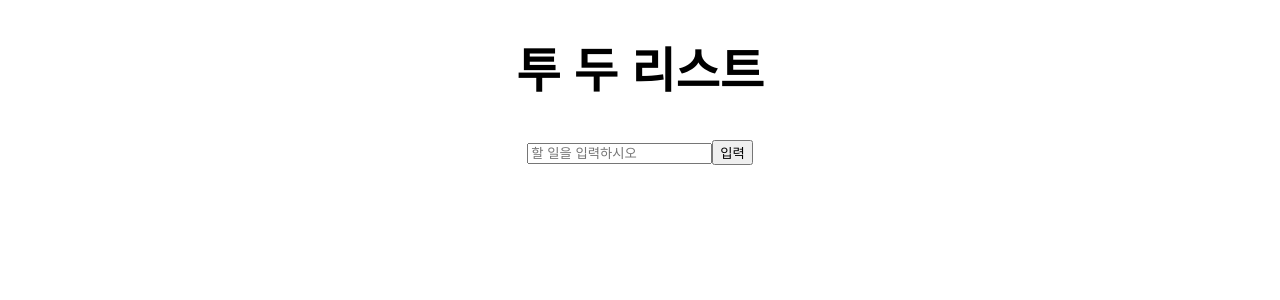
Repository: jun01270/Todo-List_React
Page: /
These files come from the project's save history. The page is drawn as it stood at one moment and after the next save; the edit follows.
The browser window is 1280 px wide. The pictures show the whole page.
The project was rebuilt for these pictures with package versions that can differ from the ones it lists, and the page was loaded fresh each time.

Above is the page before, as saved 2023-01-02 17:20:19.

### public/index.html
<!DOCTYPE html>
<html lang="en">
  <head>
    <meta charset="utf-8" />
    <link rel="preconnect" href="https://fonts.googleapis.com" />
    <link rel="preconnect" href="https://fonts.gstatic.com" crossorigin />
    <link
      href="https://fonts.googleapis.com/css2?family=Nanum+Pen+Script&display=swap"
      rel="stylesheet"
    />
    <meta name="viewport" content="width=device-width, initial-scale=1" />
    <meta name="theme-color" content="#000000" />
    <meta
      name="description"
      content="Web site created using create-react-app"
    />
    <link rel="apple-touch-icon" href="%PUBLIC_URL%/logo192.png" />
    <!--
      manifest.json provides metadata used when your web app is installed on a
      user's mobile device or desktop. See https://developers.google.com/web/fundamentals/web-app-manifest/
    -->
    <link rel="manifest" href="%PUBLIC_URL%/manifest.json" />
    <!--
      Notice the use of %PUBLIC_URL% in the tags above.
      It will be replaced with the URL of the `public` folder during the build.
      Only files inside the `public` folder can be referenced from the HTML.

      Unlike "/favicon.ico" or "favicon.ico", "%PUBLIC_URL%/favicon.ico" will
      work correctly both with client-side routing and a non-root public URL.
      Learn how to configure a non-root public URL by running `npm run build`.
    -->
    <title>React App</title>
  </head>
  <body>
    <noscript>You need to enable JavaScript to run this app.</noscript>
    <div id="root"></div>
    <!--
      This HTML file is a template.
      If you open it directly in the browser, you will see an empty page.

      You can add webfonts, meta tags, or analytics to this file.
      The build step will place the bundled scripts into the <body> tag.

      To begin the development, run `npm start` or `yarn start`.
      To create a production bundle, use `npm run build` or `yarn build`.
    -->
  </body>
</html>

### src/App.js
import "./App.css";
import Todo from "./todo";

function App() {
  return (
    <>
      <Todo />
    </>
  );
}

export default App;

### src/App.css
#todo {
  font-family: "Nanum Pen Script", cursive;
  font-size: x-large;
  display: flex;
  justify-content: center;
  text-align: center;
  flex-direction: column;
}

.todo-Form {
}

.todo-title {
}

.todo-items {
  margin-top: 20px;
  width: 500px;
  height: 500px;
  border: 1px solid lightblue;
}

### src/todo.js
import { useState } from "react";
import "./App.css";

function Todo() {
  return (
    <div id="todo">
      <h1>투 두 리스트</h1>
      <div>
        <input type="text" placeholder="할 일을 입력하시오"></input>
        <button>입력</button>
      </div>
    </div>
  );
}

export default Todo;

Loaded but not shown: src/index.js (common file); src/index.css (common file); src/reportWebVitals.js (common file)

After the next save:
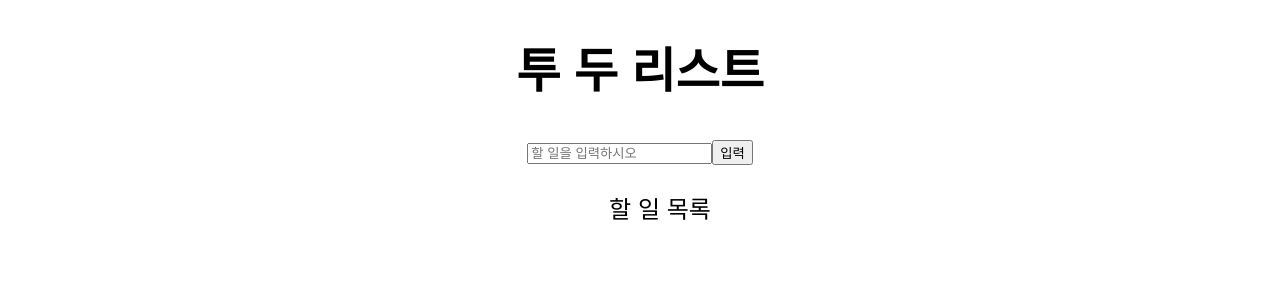
Saved 28 s later.
--- a/src/todo.js
+++ b/src/todo.js
@@ -9,6 +9,9 @@ function Todo() {
         <input type="text" placeholder="할 일을 입력하시오"></input>
         <button>입력</button>
       </div>
+      <div>
+        <ul>할 일 목록</ul>
+      </div>
     </div>
   );
 }
